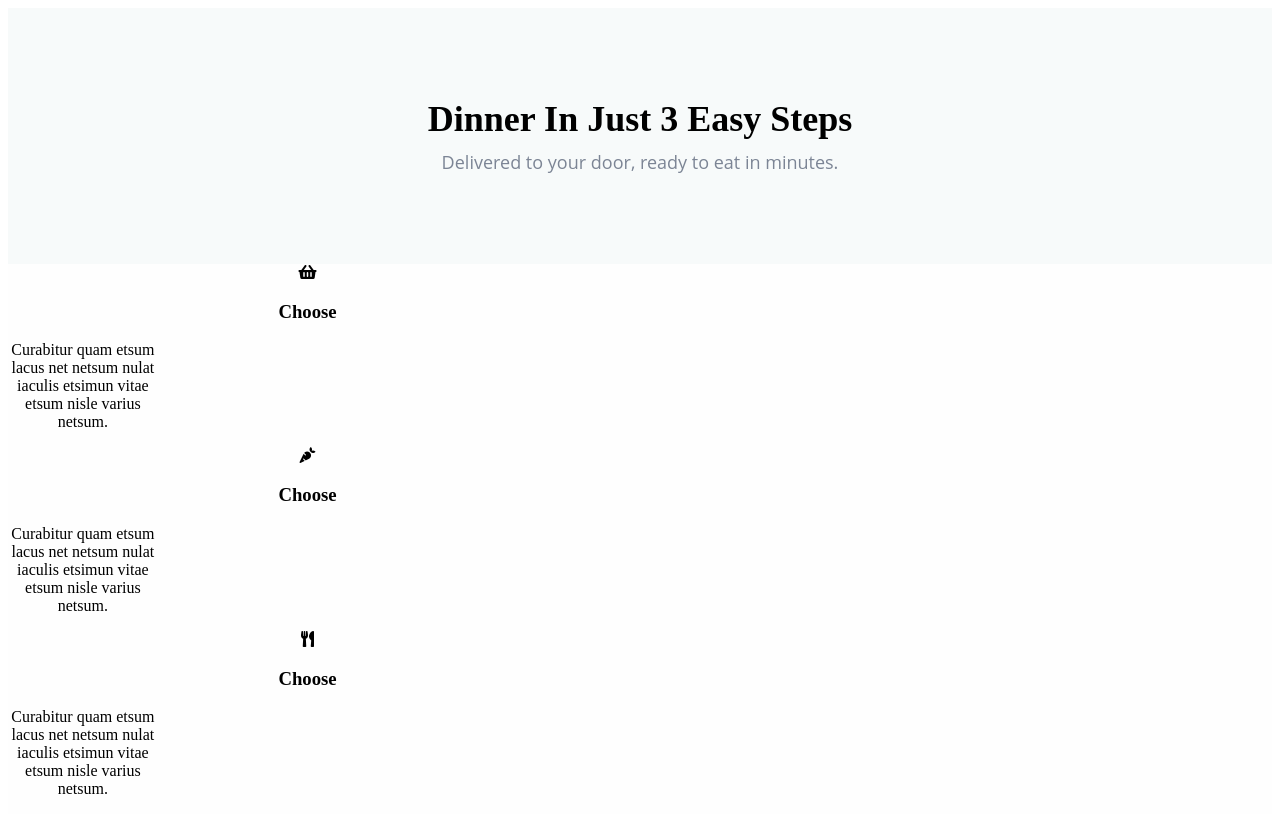
Repository: ST-United-Internship/leadpage
Page: wrapper-UI.html
These files come from the project's save history. The page is drawn as it stood at one moment and after a run of saves; the edit follows.
The browser window is 1280 px wide. The pictures show the whole page.

Above is the page before, as saved 2023-03-15 13:28:42.

### wrapper-UI.html
<!DOCTYPE html>
<html lang="en">
<head>
    <meta charset="UTF-8">
    <meta http-equiv="X-UA-Compatible" content="IE=edge">
    <meta name="viewport" content="width=device-width, initial-scale=1.0">
    <title>Document</title>
    <link rel="stylesheet" href="css/wrapper-UI.css">
    <link rel="stylesheet" href="css/common.css">
    <link rel="stylesheet" href="https://use.fontawesome.com/releases/v5.15.4/css/all.css" integrity="sha384-DyZ88mC6Up2uqS4h/KRgHuoeGwBcD4Ng9SiP4dIRy0EXTlnuz47vAwmeGwVChigm" crossorigin="anonymous"/>
</head>
<body>
    <section>
        <div class="about">
            <div class="title-text">
                <h2>Dinner In Just 3 Easy Steps</h2>
                <p>Delivered to your door, ready to eat in minutes.</p>
            </div>
            <div class="card-coutainer">
                <div class="card-title">
                    <div class="card-wrapper">
                        <i class="fas fa-shopping-basket"></i>
                        <h3>Choose</h3>
                        <p>Curabitur quam etsum lacus net netsum nulat iaculis etsimun vitae etsum nisle varius netsum.</p>
                    </div>
                    <div class="card-wrapper">
                        <i class="fas fa-carrot"></i>
                        <h3>Choose</h3>
                        <p>Curabitur quam etsum lacus net netsum nulat iaculis etsimun vitae etsum nisle varius netsum.</p>
                    </div>
                    <div class="card-wrapper">
                        <i class="fas fa-utensils"></i>
                        <h3>Choose</h3>
                        <p>Curabitur quam etsum lacus net netsum nulat iaculis etsimun vitae etsum nisle varius netsum.</p>
                    </div>
                </div>
                <div></div>
                <div></div>
            </div>
        </div>
    </section>
</body>
</html>

### css/wrapper-UI.css
.about{
    background-color: #f7fafa;
}

.about .title-text{
    text-align: center;
    padding: 90px;
}

.about .title-text h2{
    font-size: 36px;
    margin: 0px 0px 10px 0px;
}

.about .title-text p{
    font-size: 18px;
    font-family: 'Open Sans', sans-serif;
    margin: 0;
    font-weight: 400;
    color: #7c8595;
}

.about .card-coutainer{
    display: flex;
    background-color: #fefefe;
}

.about .card-coutainer .card-wrapper p{
    width: 25%;
}

.about .card-coutainer .card-title{
    text-align: center;
}
.about .card-coutainer .card-title .card-wrapper p{
    display: flex;
    text-align: center;
}
.card-wrapper{
    transition: transform 0.5s linear;
}
.card-wrapper:hover {
  border: 1px solid #27b36a;
  transform: scale(1.05, 1.05);
}

### css/common.css
.container {
  max-width: 80%;
  margin: auto;
  border: 1px solid blue;
}
.card {
  width: 400px;
}
.space-vertical {
  padding: 20px 0;
}

.space-horizontal {
  padding: 0 20px;
}

*,
**,
*::before,
*::after {
  box-sizing: border-box;
}

After the next 2 saves:
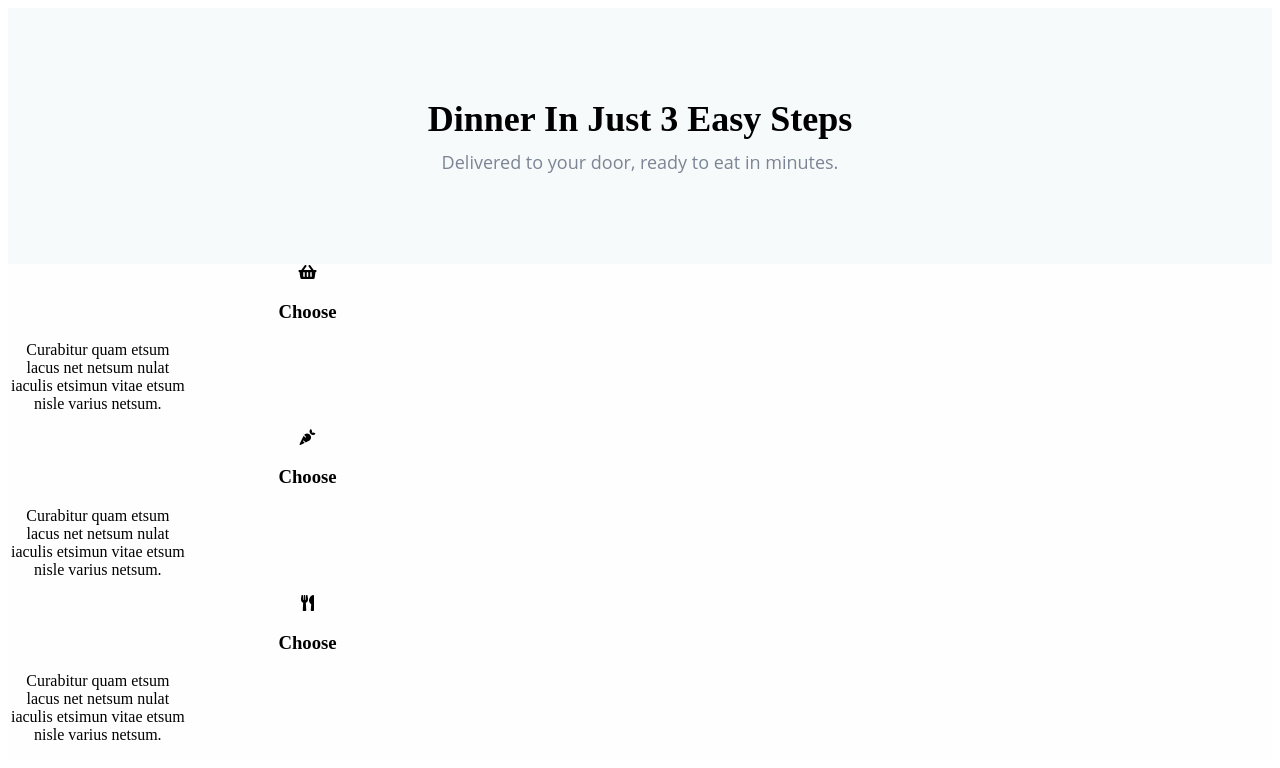
The 2 saves are shown as one change because they came seconds apart.
The last was saved 22 s later.
--- a/css/wrapper-UI.css
+++ b/css/wrapper-UI.css
@@ -26,14 +26,10 @@
 }
 
 .about .card-coutainer .card-wrapper p{
-    width: 25%;
+    width: 30%;
 }
 
 .about .card-coutainer .card-title{
-    text-align: center;
-}
-.about .card-coutainer .card-title .card-wrapper p{
-    display: flex;
     text-align: center;
 }
 .card-wrapper{
